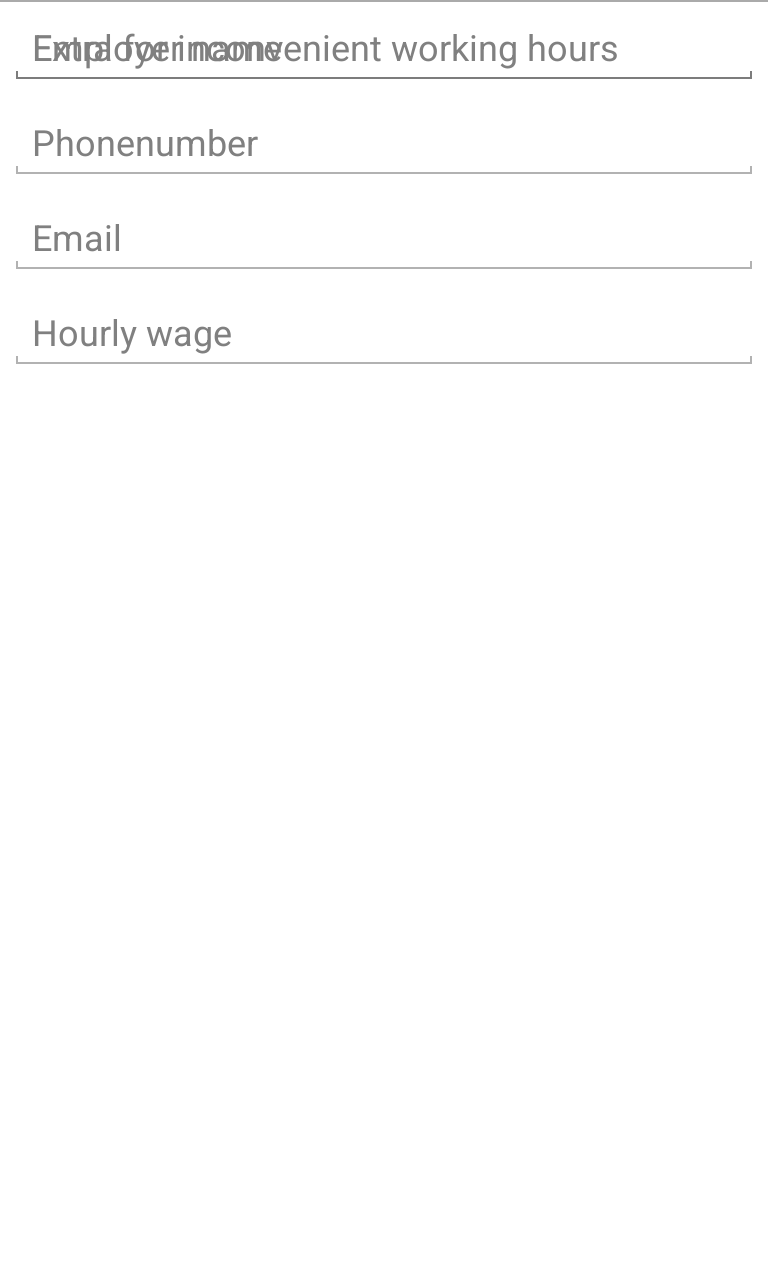
Repository: LudvigN/Hourly
Layout: Hourly/res/layout/add_emp_dialog.xml
These files come from the project's save history. The layout is drawn as it stood at one moment and after the next save; the edit follows.
It is drawn on a 768 x 1280 px phone screen (xhdpi) without system bars, with theme AppTheme; the app's code is not run.

Above is the layout before, as saved 2014-03-22 14:44:14.

After the next save:
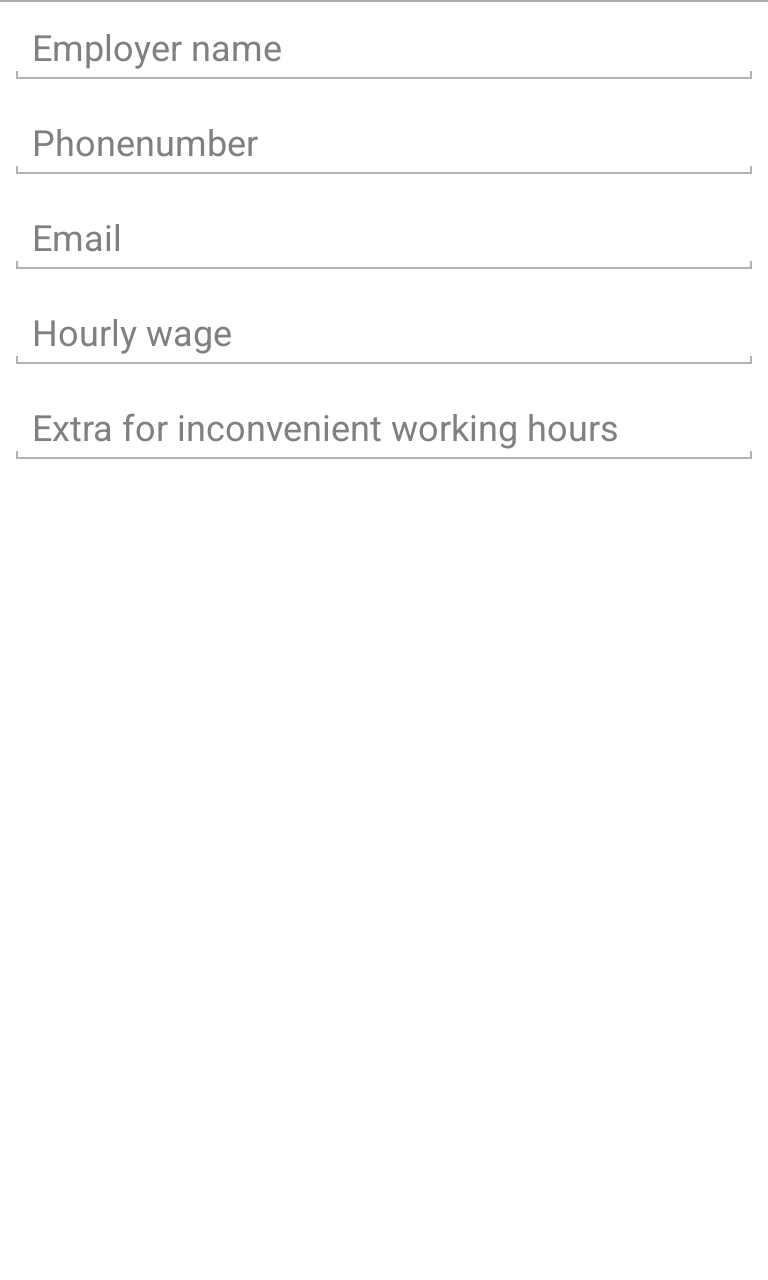
Saved 21 s later.
--- a/Hourly/res/layout/add_emp_dialog.xml
+++ b/Hourly/res/layout/add_emp_dialog.xml
@@ -54,6 +54,7 @@
         android:layout_margin="4dp"
         android:inputType="number"
         android:hint="@string/newEmpOb"
+         android:layout_below="@id/dialog_txt_new_emp_salery"
 
         />
 
